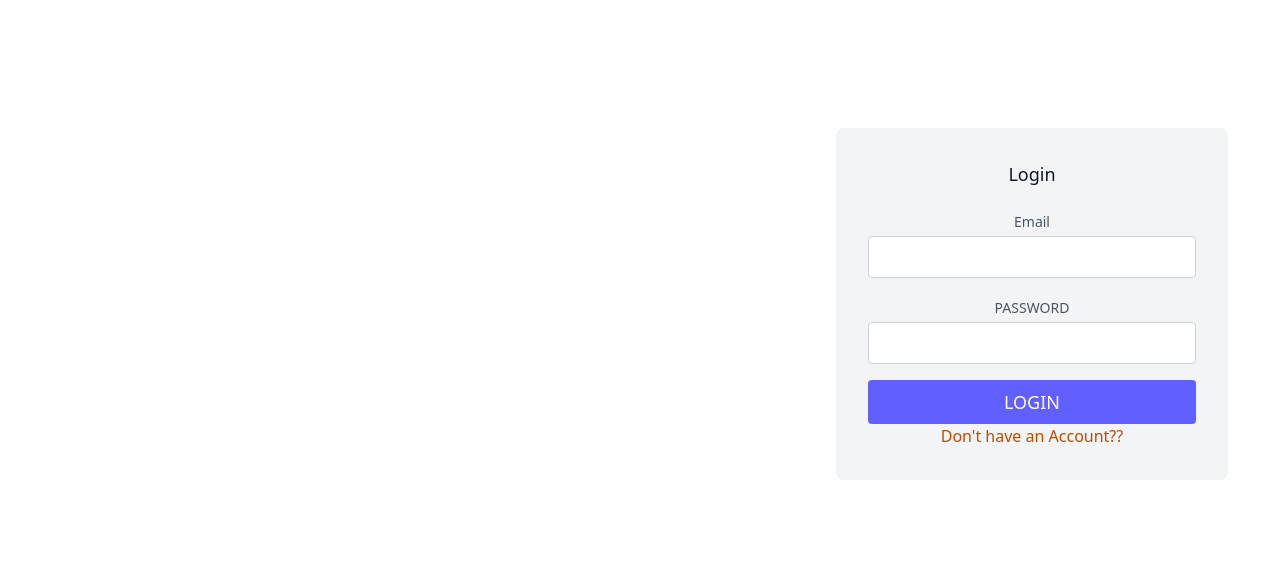
Repository: ridhukhan/Authentication
Page: /register (app in frontend/)
An editor plug-in stored every save of this project. The page is shown before and after the next save, followed by the edit.
The browser window is 1280 px wide. The pictures show the whole page.
The page's requests for data from a server got no answer. The project was rebuilt for these pictures with package versions that can differ from the ones it lists, and the page was loaded fresh each time. No one was signed in, and anything a server would have sent is missing. Also part of the build but not shown: frontend/vite.config.js, frontend/src/pages/Home.jsx, frontend/src/pages/login.jsx, frontend/src/pages/VerifyOtp.jsx.

Above is the page before, as saved 2026-02-07 21:15:19.

After the next save:
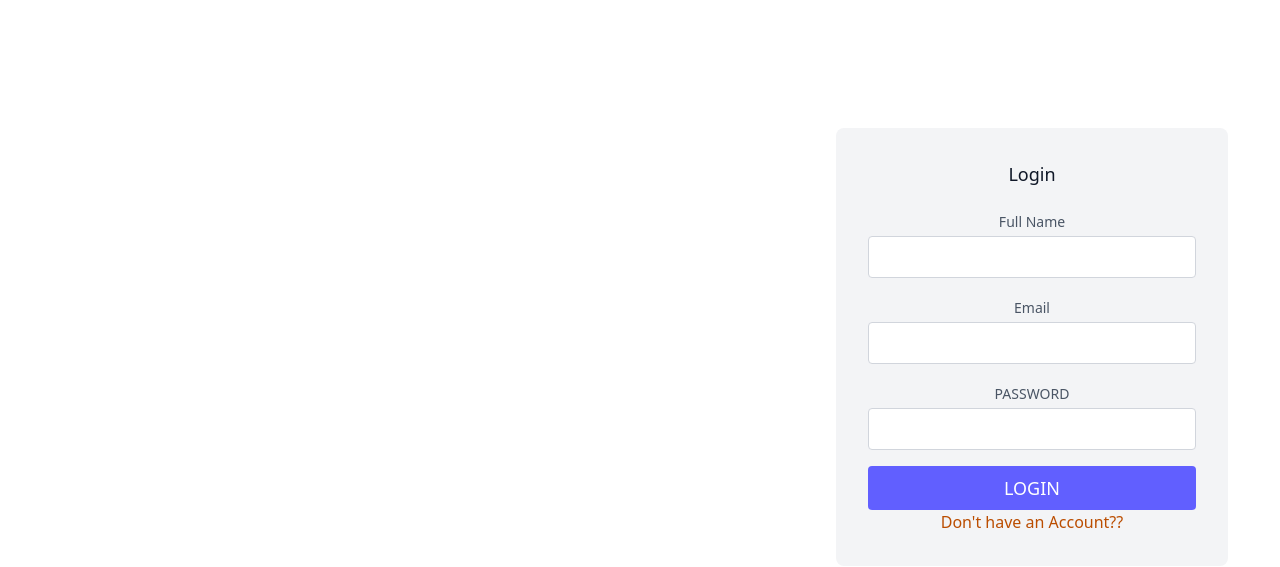
Saved 4 min 20 s later.
--- a/frontend/src/pages/Register.jsx
+++ b/frontend/src/pages/Register.jsx
@@ -5,6 +5,8 @@ import axios from "axios"
 import { server } from '../main'
 import { toast } from 'sonner'
 const Register = () => {
+    const [fullname,setFullname]=useState("")
+
     const [email,setEmail]=useState("")
     const [password,setPassword]=useState("")
     const [loading,setLoading]=useState(false)
@@ -13,7 +15,8 @@ const submithandler=async (e)=>{
     setLoading(true)
     e.preventDefault();
 try {
-    const {data}= await axios.post(`${server}/api/user/login`,{
+    const {data}= await axios.post(`${server}/api/user/register`,{
+      fullname,
         email,
         password})
     toast.success(data.message)
@@ -35,7 +38,15 @@ try {
     <form onSubmit={submithandler} className="lg:w-2/6 md:w-1/2 bg-gray-100 rounded-lg p-8 flex flex-col
      md:ml-auto w-full mt-10 md:mt-0">
       <h2 className="text-gray-900 text-lg font-medium title-font mb-5">Login</h2>
-
+      <div className="relative mb-4">
+        <label htmlFor="fullname" className="leading-7 text-sm text-gray-600">Full Name</label>
+        <input type="fullname"
+        id="fullname"
+         name="fullname"
+          value={fullname}
+           onChange={(e)=>setFullname(e.target.value)}
+           className="w-full bg-white rounded border border-gray-300 focus:border-indigo-500 focus:ring-2 focus:ring-indigo-200 text-base outline-none text-gray-700 py-1 px-3 leading-8 transition-colors duration-200 ease-in-out"/>
+      </div>
       <div className="relative mb-4">
         <label htmlFor="email" className="leading-7 text-sm text-gray-600">Email</label>
         <input type="email"
